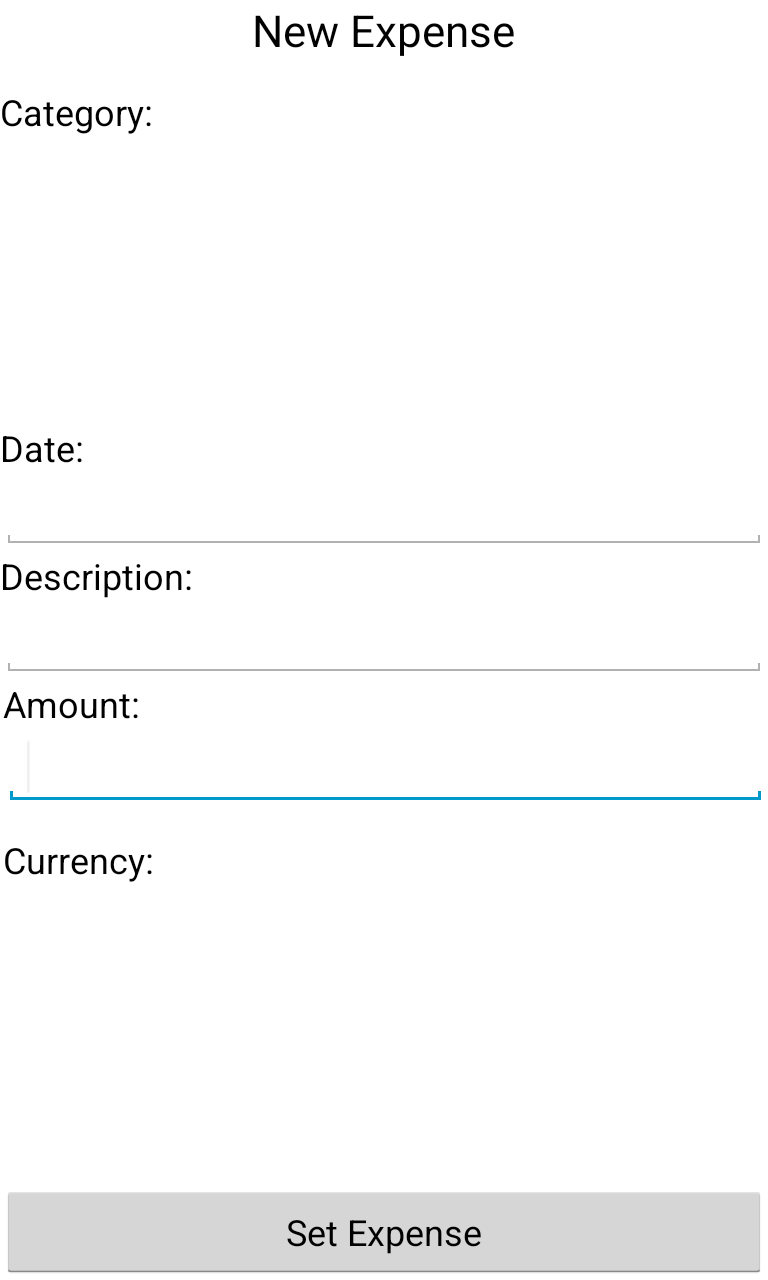
Repository: ReverseOni/Assignment1
Layout: MamesserAssign1/res/layout/new_expense.xml
The author's editor kept a copy of each file at every save. The layout is drawn from the files as they stood at one save, then again after the next save.
It is drawn on a 768 x 1280 px phone screen (xhdpi) without system bars, with theme AppTheme; the app's code is not run. Lists and similar views that code fills are empty.

Above is the layout before, as saved 2015-01-24 19:41:18.

After the next save:
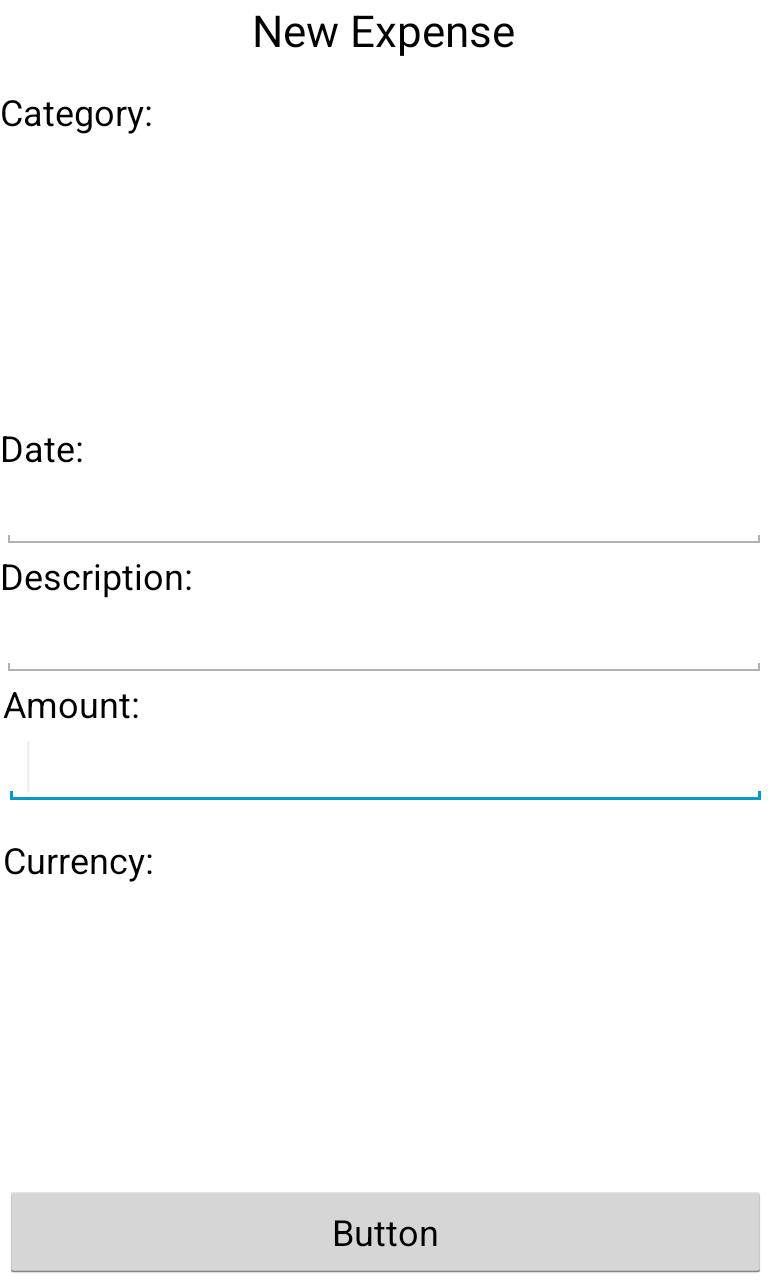
Saved 58 s later.
--- a/MamesserAssign1/res/layout/new_expense.xml
+++ b/MamesserAssign1/res/layout/new_expense.xml
@@ -22,20 +22,11 @@
         android:text="Category:"
         android:textAppearance="?android:attr/textAppearanceMedium" />
 
-    <Button
-        android:id="@+id/SetExpenseMainButton"
-        android:layout_width="wrap_content"
-        android:layout_height="wrap_content"
-        android:layout_alignParentBottom="true"
-        android:layout_alignParentLeft="true"
-        android:layout_alignParentRight="true"
-        android:text="Set Expense" />
-
     <ExpandableListView
         android:id="@+id/CurrencyTypeExpandableList"
         android:layout_width="match_parent"
         android:layout_height="wrap_content"
-        android:layout_above="@+id/SetExpenseMainButton"
+        android:layout_above="@+id/button1"
         android:layout_alignParentLeft="true"
         android:layout_below="@+id/CurrencyTitle" >
 
@@ -95,7 +86,6 @@
         android:layout_above="@+id/DateTitleAddExpense"
         android:layout_alignParentLeft="true"
         android:layout_below="@+id/CategoryTitle" >
-
     </ExpandableListView>
 
     <TextView
@@ -120,4 +110,13 @@
         <requestFocus />
     </EditText>
 
+    <Button
+        android:id="@+id/button1"
+        android:layout_width="wrap_content"
+        android:layout_height="wrap_content"
+        android:layout_alignLeft="@+id/CurrencyTitle"
+        android:layout_alignParentBottom="true"
+        android:layout_alignParentRight="true"
+        android:text="Button" />
+
 </RelativeLayout>
